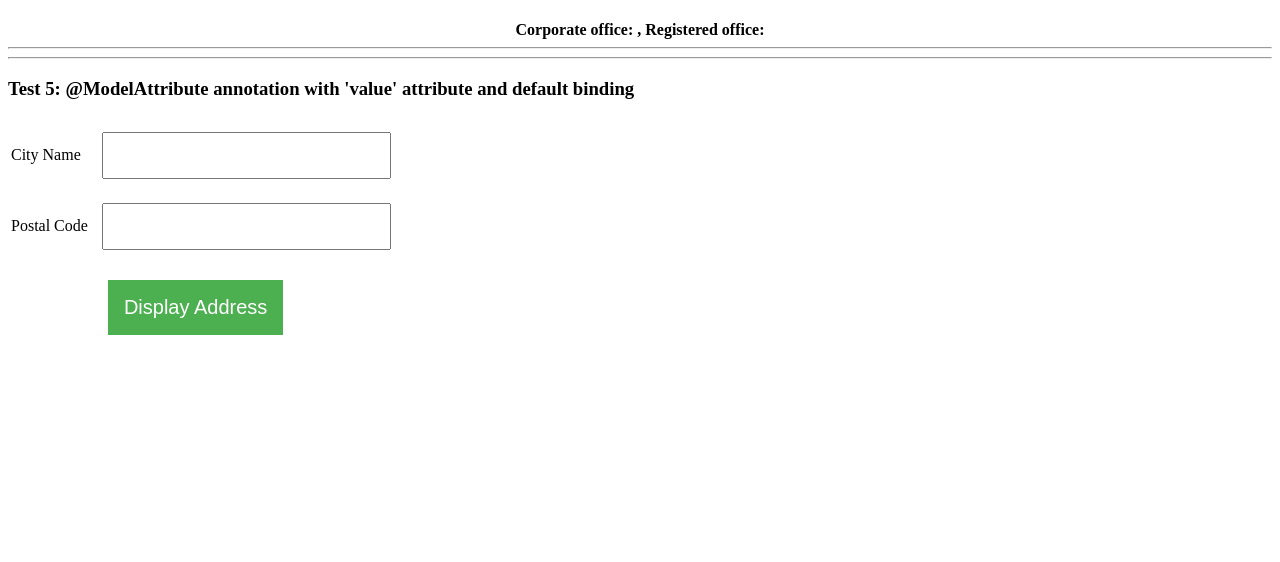
Repository: arrmixer/Java_Spring
Page: http://localhost/spring-mvc-model-attribute-demo/WEB-INF/views/modelAttributeHome.jsp
The author's editor kept a copy of each file at every save. The page is drawn from the files as they stood at one save, then again after the next save.
The browser window is 1280 px wide. The pictures show the whole page.
The page is served by Tomcat 9. Nobody is signed in. The template is opened directly, without the code that normally fills it, so the values that code supplies are empty.

Above is the page before, as saved 2017-07-25 04:07:26.

After the next save:
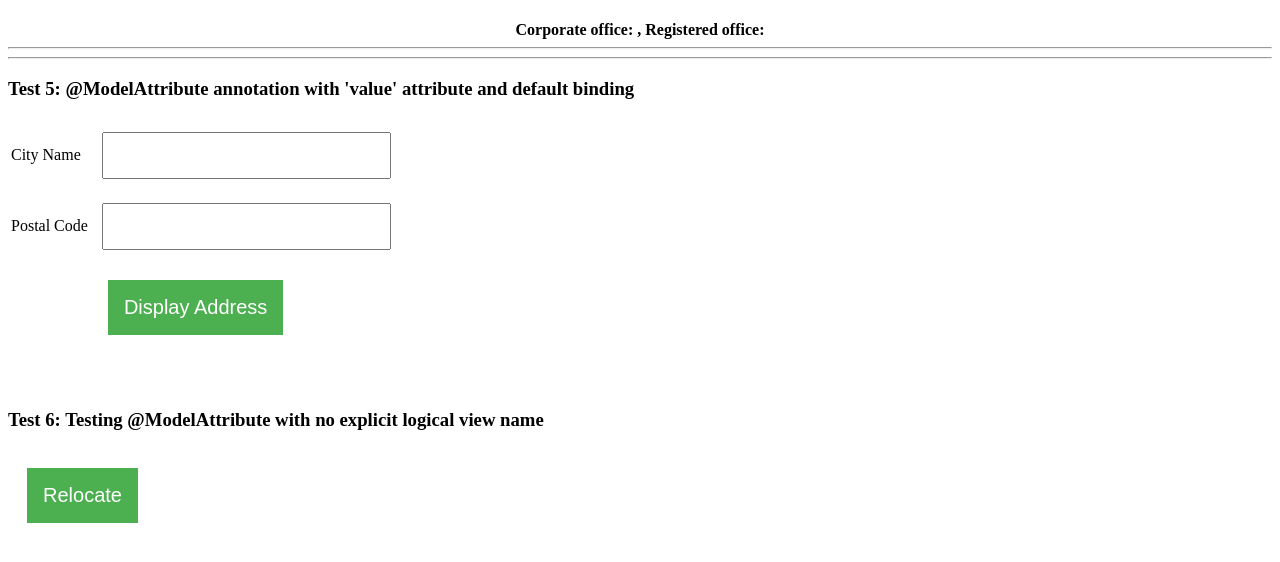
Saved 4 min 26 s later.
--- a/spring-mvc-model-attribute-demo/WebContent/WEB-INF/views/modelAttributeHome.jsp
+++ b/spring-mvc-model-attribute-demo/WebContent/WEB-INF/views/modelAttributeHome.jsp
@@ -20,7 +20,11 @@
 	padding: 16px;
 	margin: 16px;
 	cursor: pointer;
-	font-size: 20px
+	font-size: 20px;
+	color: white;
+	padding: 16px;
+	margin: 16px;
+	cursor: pointer;
 }
 
 h1, h2 {
@@ -58,6 +62,16 @@
 				</tr>
 			</table>
 		</form:form>
+		<br> <br>
+		<form:form action="modelAttributeTest">
+			<h3>Test 6: Testing @ModelAttribute with no explicit logical
+				view name</h3>
+			<table>
+				<tr>
+					<td><input type="submit" value="Relocate" /></td>
+				</tr>
+			</table>
+		</form:form>
 	</div>
 </body>
 </html>
